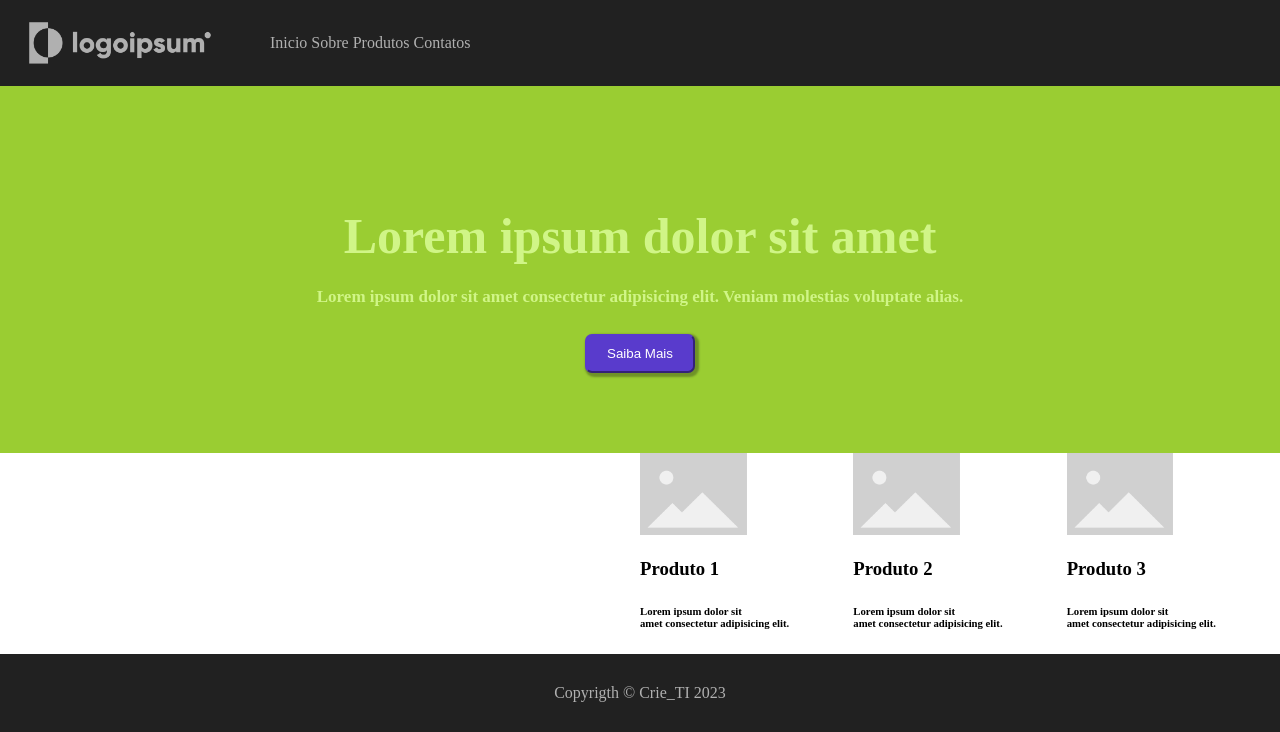
Repository: robsonwssantos/Projeto_Olaria
Page: Exercicios/ex.01/index.html
An editor plug-in stored every save of this project. The page is shown before and after the next save, followed by the edit.
The browser window is 1280 px wide. The pictures show the whole page.

Above is the page before, as saved 2023-04-21 12:52:24.

After the next save:
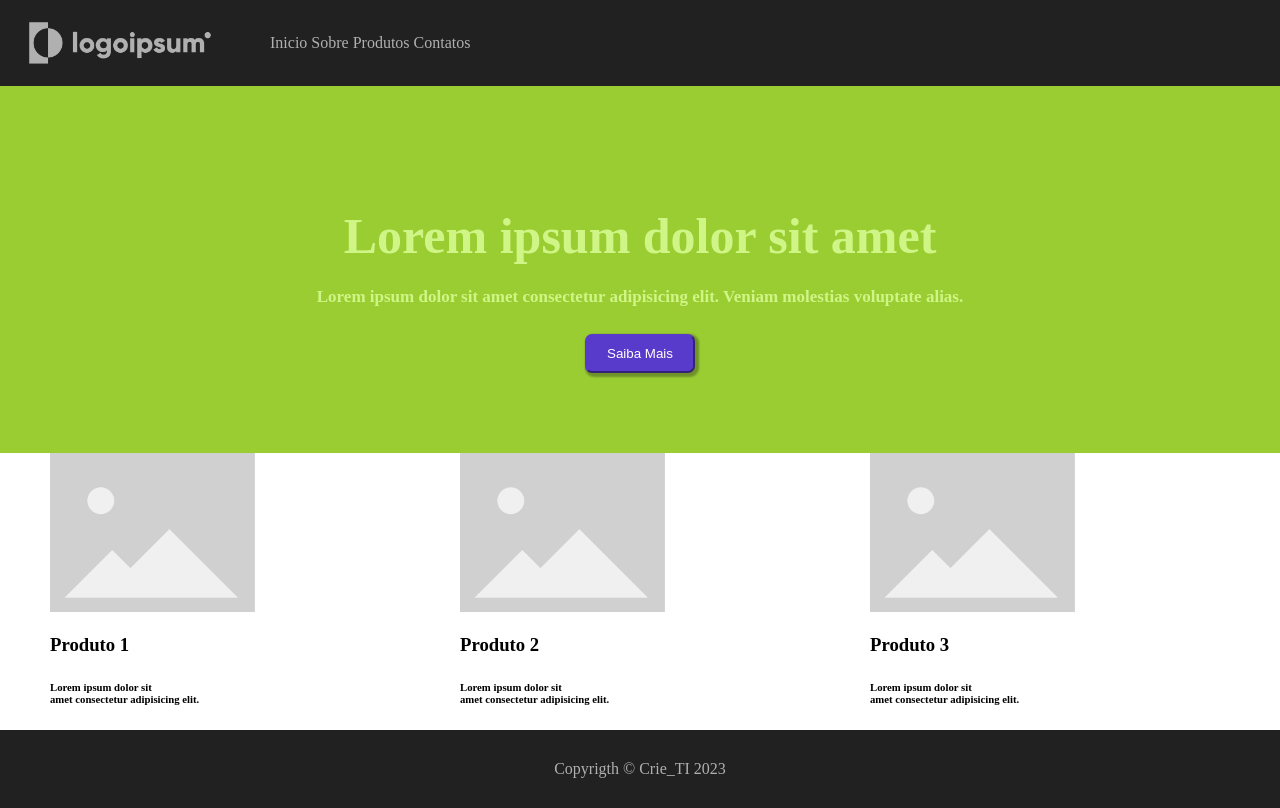
Saved 17 s later.
--- a/Exercicios/ex.01/index.html
+++ b/Exercicios/ex.01/index.html
@@ -77,7 +77,7 @@
         .container {
             display: flex;
             align-items: center;
-            margin-left: 50%;
+            margin-left: 50px;
         }
 
         .container img {
